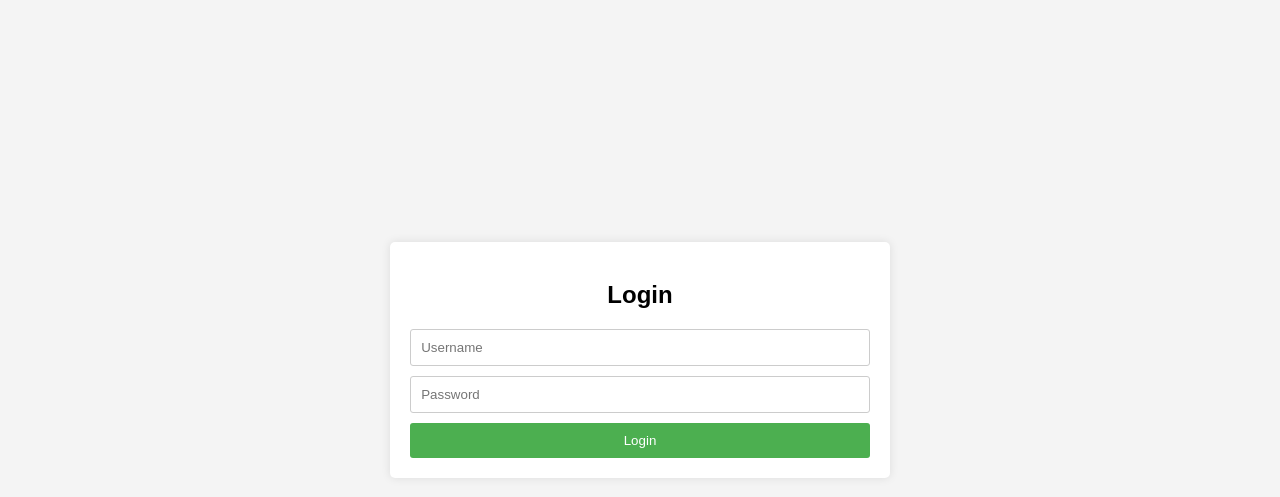
Repository: ashu1230/JavaFullStack
Page: Servlet/DemoApp/src/main/webapp/index.html
An editor plug-in stored every save of this project. The page is shown before and after the next save, followed by the edit.
The browser window is 1280 px wide. The pictures show the whole page.

Above is the page before, as saved 2024-02-08 13:41:16.

### Servlet/DemoApp/src/main/webapp/index.html
<!DOCTYPE html>
<html lang="en">
<head>
    <meta charset="UTF-8">
    <meta name="viewport" content="width=device-width, initial-scale=1.0">
    <title>Login Page</title>
    <style>
        body {
            font-family: Arial, sans-serif;
            background-color: #f4f4f4;
            margin: 0;
            padding: 0;
            display: flex;
            justify-content: center;
            align-items: center;
            height: 100vh;
        }

        .login-container {
            background-color: #fff;
            padding: 20px;
            border-radius: 5px;
            box-shadow: 0 0 10px rgba(0, 0, 0, 0.1);
        }

        .login-container h2 {
            margin-bottom: 20px;
            text-align: center;
        }

        .login-container input[type="text"],
        .login-container input[type="password"] {
            width: 100%;
            padding: 10px;
            margin-bottom: 10px;
            border: 1px solid #ccc;
            border-radius: 3px;
            box-sizing: border-box;
        }

        .login-container input[type="submit"] {
            width: 100%;
            background-color: #4caf50;
            color: white;
            padding: 10px;
            border: none;
            border-radius: 3px;
            cursor: pointer;
        }

        .login-container input[type="submit"]:hover {
            background-color: #45a049;
        }
    </style>
</head>
<body>
    <div class="login-container">
        <h2>Login</h2>
        <form action="#">
            <input type="text" name="username" placeholder="Username" required>
            <input type="password" name="password" placeholder="Password" required>
            <input type="submit" value="Login">
        </form>
    </div>
</body>
</html>

After the next save:
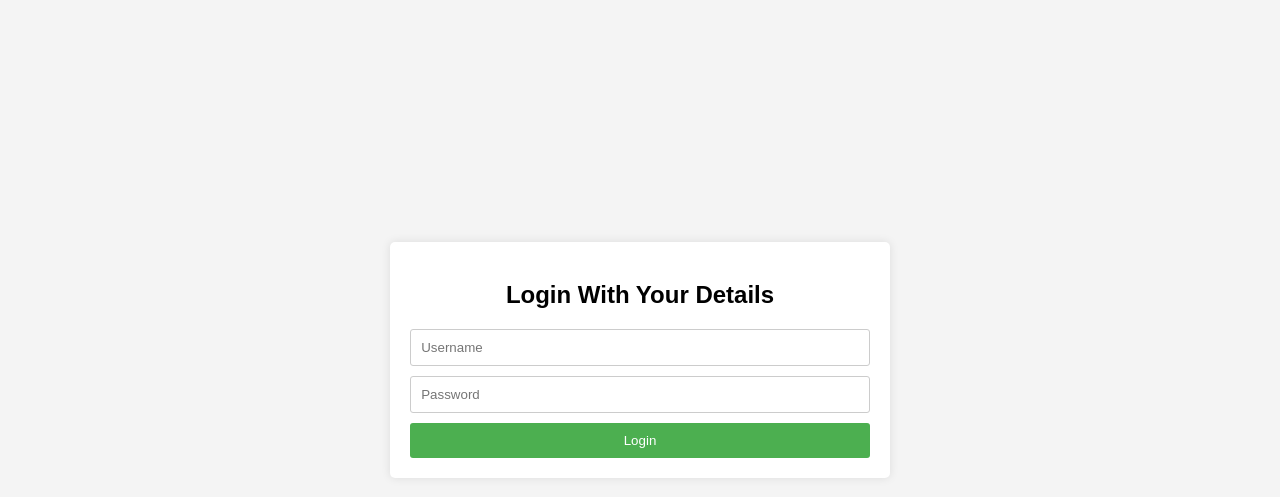
Saved 77 s later.
--- a/Servlet/DemoApp/src/main/webapp/index.html
+++ b/Servlet/DemoApp/src/main/webapp/index.html
@@ -55,7 +55,7 @@
 </head>
 <body>
     <div class="login-container">
-        <h2>Login</h2>
+        <h2>Login With Your Details</h2>
         <form action="#">
             <input type="text" name="username" placeholder="Username" required>
             <input type="password" name="password" placeholder="Password" required>
